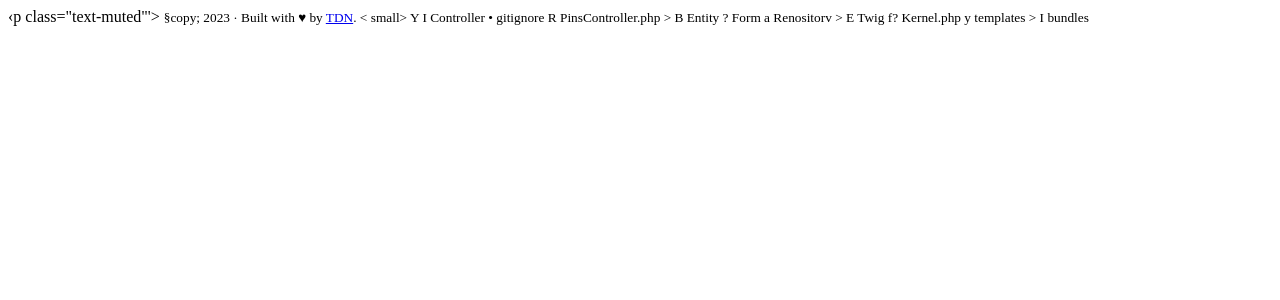
Repository: RondyKaf/panterest
Page: templates/layouts/partiels/_footer.html.twig
An editor plug-in stored every save of this project. The page is shown before and after a run of saves, followed by the edit.
The browser window is 1280 px wide. The pictures show the whole page.
The page is a Twig template of a Symfony application; nobody is signed in and links lead nowhere. The template is opened directly, without the code that normally fills it, so the values that code supplies are empty.

Above is the page before, as saved 2023-07-30 23:29:26.

After the next 3 saves:
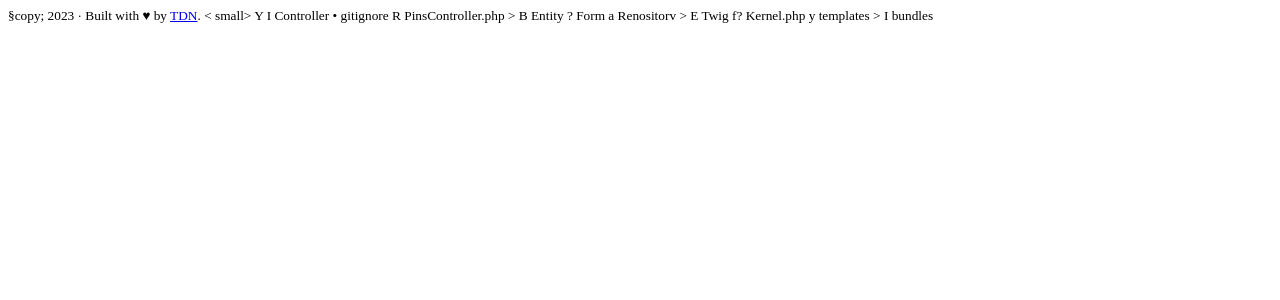
The 3 saves are shown as one change because they came seconds apart.
The last was saved 19 s later.
--- a/templates/layouts/partiels/_footer.html.twig
+++ b/templates/layouts/partiels/_footer.html.twig
@@ -1,6 +1,6 @@
 <footer class="container text-center mt-5">
-‹p class="text-muted"'>
-<small>
+<p class="text-muted"'>
+    <small>
 §copy; {{ 'now'|date('Y') }} &middot;
 Built with <span class="text-danger">&hearts; </span> by <a href=" https://teachersdunet. com">TDN</a>.
 < small>
